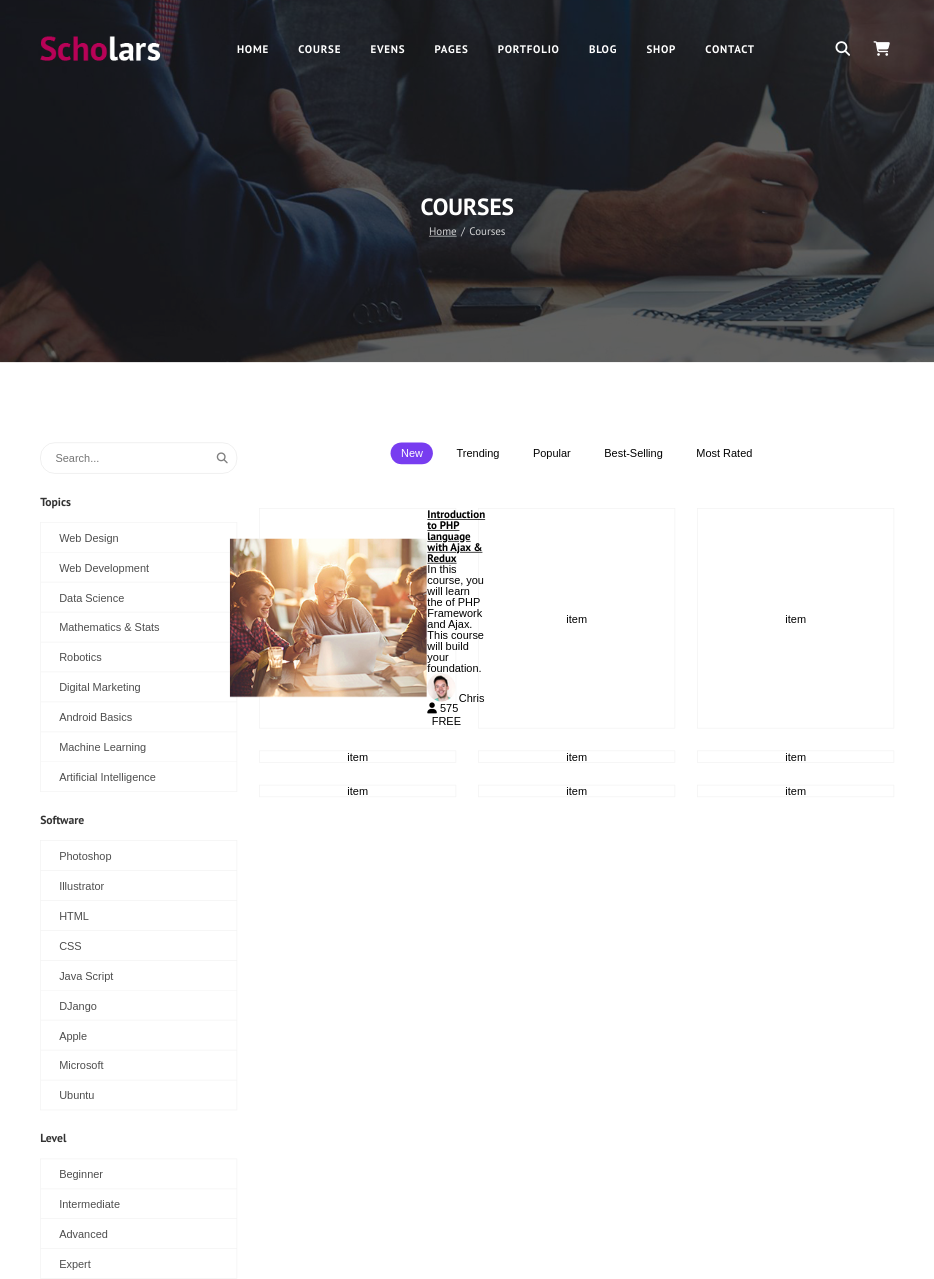
Repository: lannguyen1301/f8-zoom-day-7
Page: index.html
The author's editor kept a copy of each file at every save. The page is drawn from the files as they stood at one save, then again after the next save.
The browser window is 1280 px wide. The pictures show the whole page, at 73% of full size.
Some web fonts or font styles are not loaded; a fallback is used.

Above is the page before, as saved 2025-04-25 06:25:31.

After the next save:
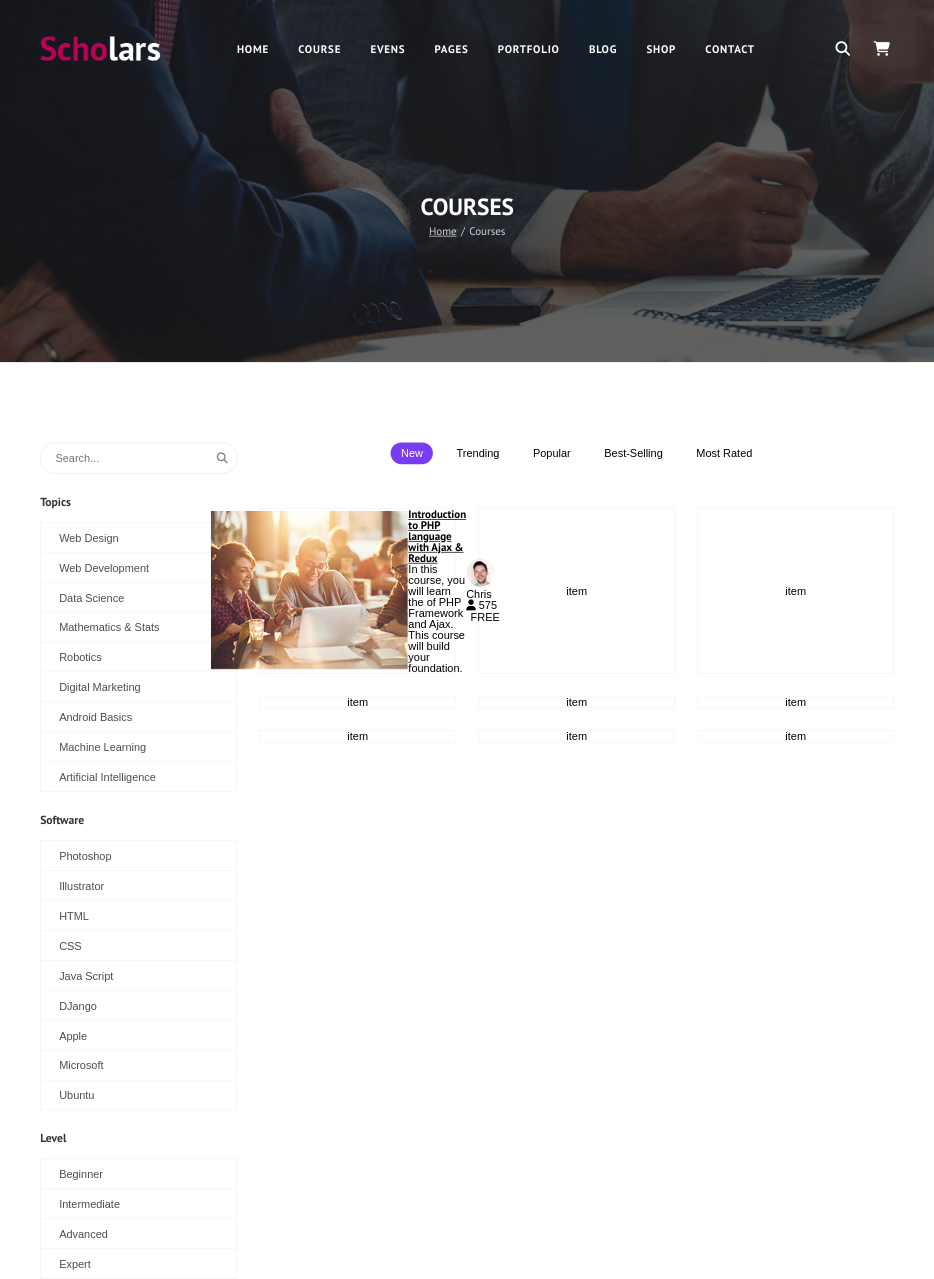
Saved 73 s later.
--- a/index.html
+++ b/index.html
@@ -234,17 +234,18 @@
                                         In this course, you will learn the of PHP Framework and Ajax. This course will
                                         build your foundation.
                                     </p>
-                                    <div class="course-bottom">
-                                        <div>
-                                            <img src="./assets/img/avatar/avatar-author-1.jpg" alt="" class="avatar">
-                                            <span>Chris</span>
-                                        </div>
-                                        <div>
-                                            <i class="fa-solid fa-user"></i>
-                                            <span>575</span>
-                                        </div>
-                                        <button class="course-btn">FREE</button>
+
+                                </div>
+                                <div class="course-bottom">
+                                    <div>
+                                        <img src="./assets/img/avatar/avatar-author-1.jpg" alt="" class="avatar">
+                                        <span>Chris</span>
                                     </div>
+                                    <div>
+                                        <i class="fa-solid fa-user"></i>
+                                        <span>575</span>
+                                    </div>
+                                    <button class="course-btn">FREE</button>
                                 </div>
                             </div>
                             <div class="courses-item">item</div>
